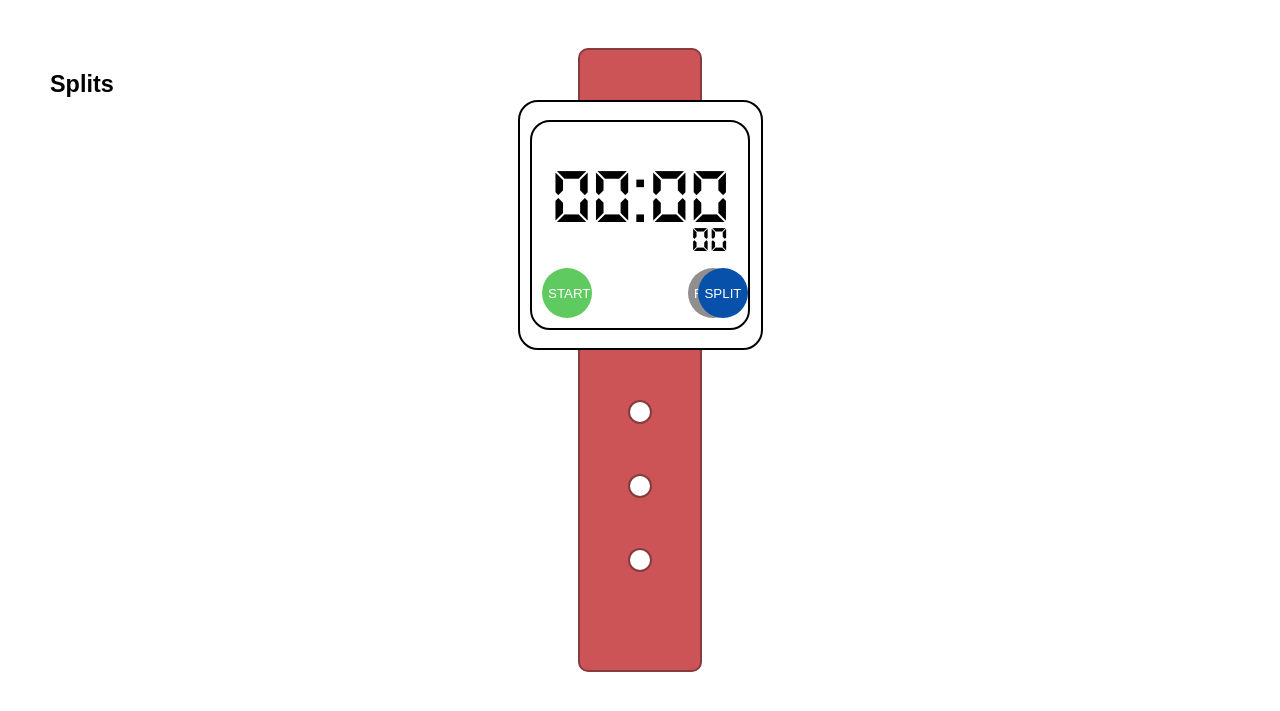
Repository: konstantin0s/lab-chronometer
Page: index.html
The author's editor kept a copy of each file at every save. The page is drawn from the files as they stood at one save, then again after the next save.
The browser window is 1280 px wide. The pictures show the whole page.

Above is the page before, as saved 2019-02-05 14:29:37.

After the next save:
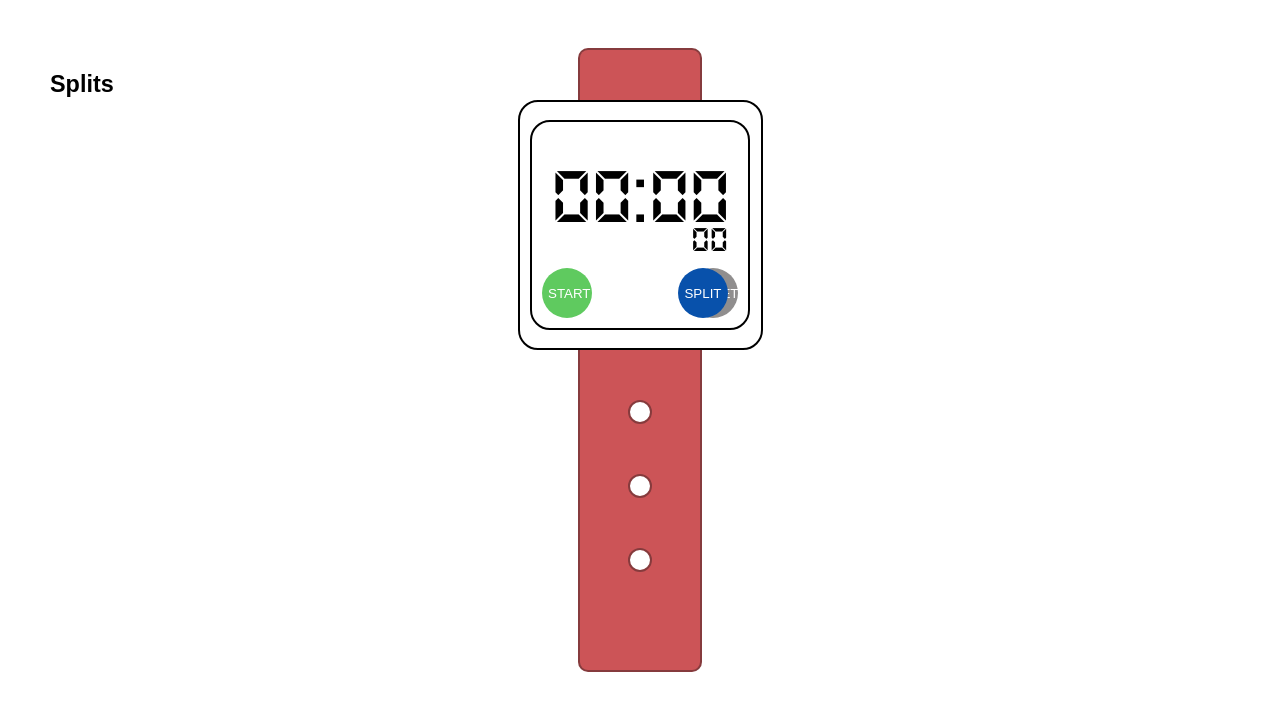
Saved 17 s later.
--- a/stylesheets/styles.css
+++ b/stylesheets/styles.css
@@ -111,7 +111,7 @@ body {
 }
 
 .btn.split {
-  right: 0px;
+  right: 20px;
 }
 
 
